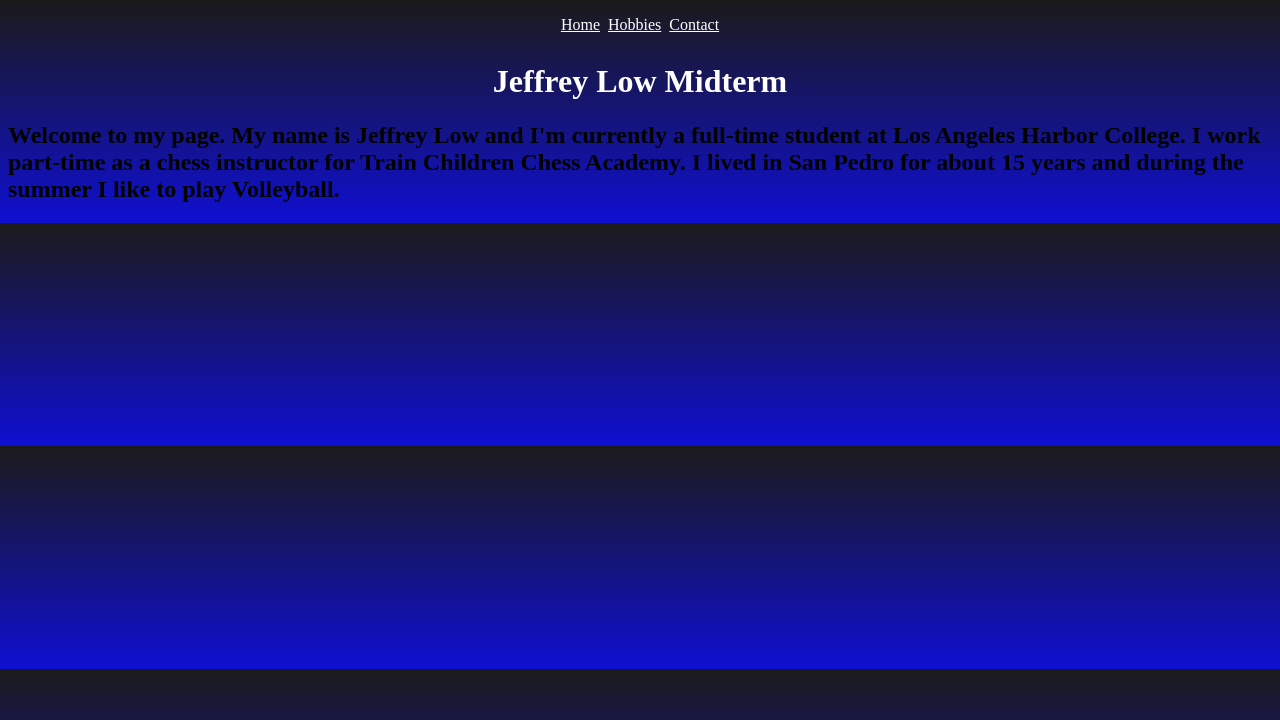
Repository: sebas6292/Jeff-Midterm
Page: home.html
The author's editor kept a copy of each file at every save. The page is drawn from the files as they stood at one save, then again after the next save.
The browser window is 1280 px wide. The pictures show the whole page.

Above is the page before, as saved 2023-04-30 23:28:03.

After the next save:
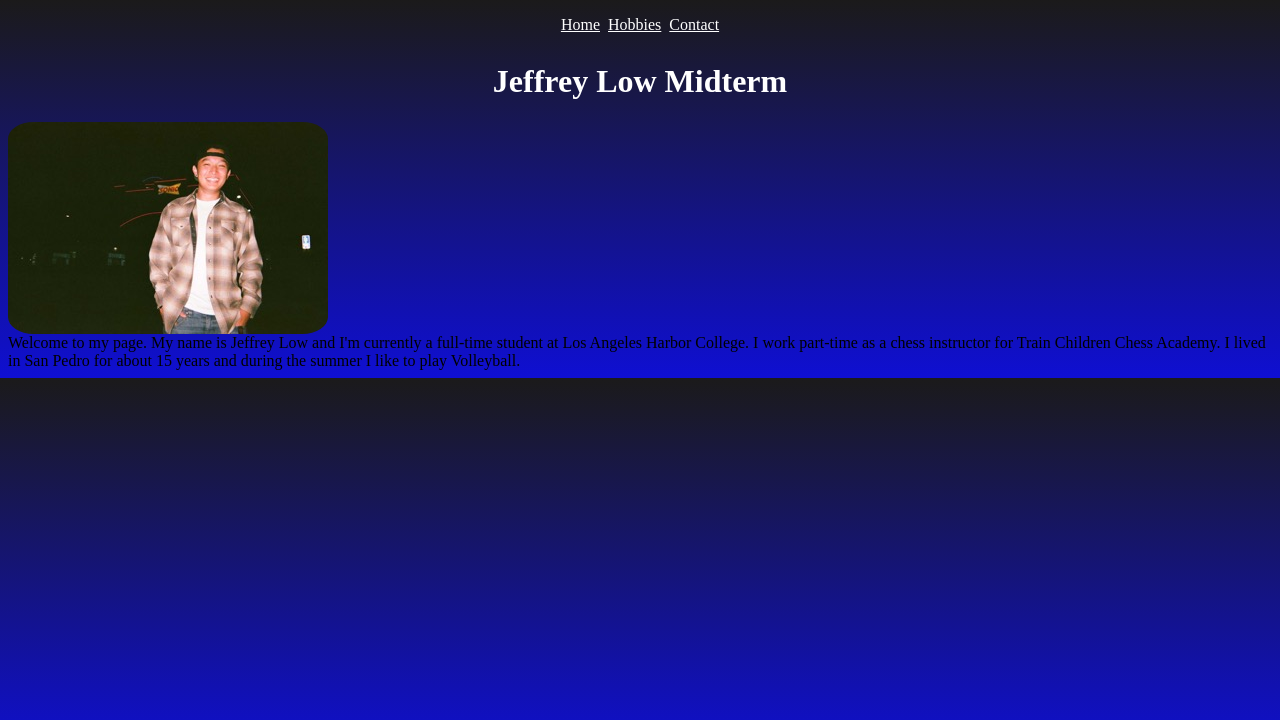
Saved 48 s later.
--- a/home.html
+++ b/home.html
@@ -14,6 +14,7 @@
     </nav>
     <main>
       <h1>Jeffrey Low Midterm</h1>
+      <img src="pics/Swag.jpeg"
     <h2>Welcome to my page. My name is Jeffrey Low and I'm currently a full-time student at Los Angeles Harbor College. I work part-time as a chess instructor for Train Children Chess Academy. I lived in San Pedro for about 15 years and during the summer I like to play Volleyball. </h2>
     </main>
   </body>
